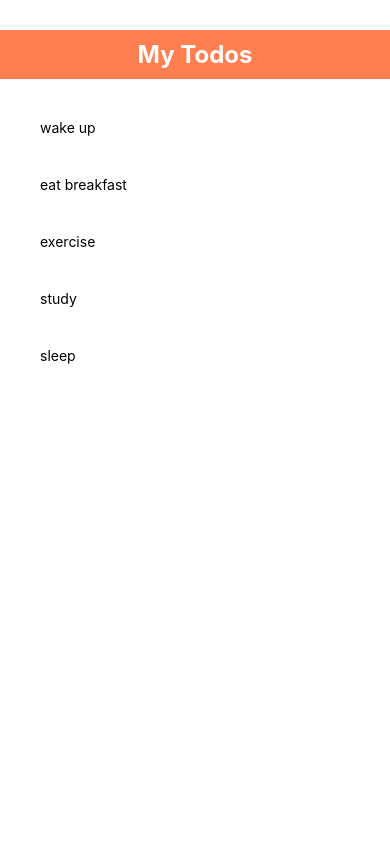
Repository: shiv0403/React-native-tutorial
Screen: /
These files come from the project's save history. The screen is drawn as it stood at one moment and after a run of saves; the edit follows.
The app was drawn by React Native's web renderer in a window 390 px wide. The project was rebuilt for these pictures with package versions that can differ from the ones it lists, and the page was loaded fresh each time.

Above is the screen before, as saved 2021-02-11 09:30:42.

After the next 2 saves:
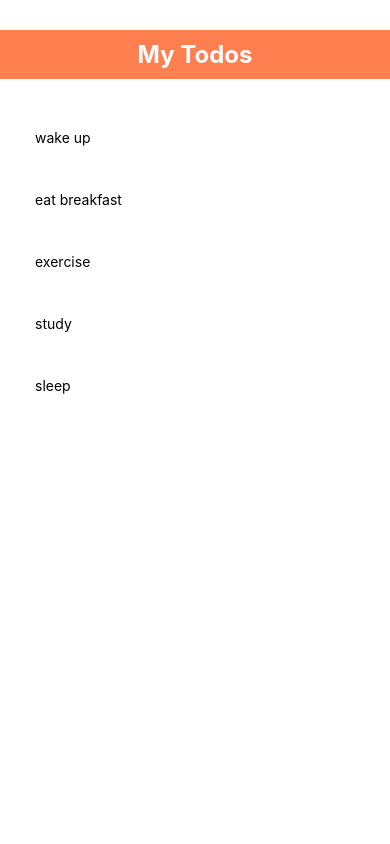
The 2 saves are shown as one change because they came seconds apart.
The last was saved 16 s later.
--- a/components/TodoItem.js
+++ b/components/TodoItem.js
@@ -11,7 +11,8 @@ export default function TodoItem({ item }) {
 
 const styles = StyleSheet.create({
   item: {
-    padding: 20,
+    padding: 15,
+    marginTop: 15,
     borderColor: "#333",
   },
 });
